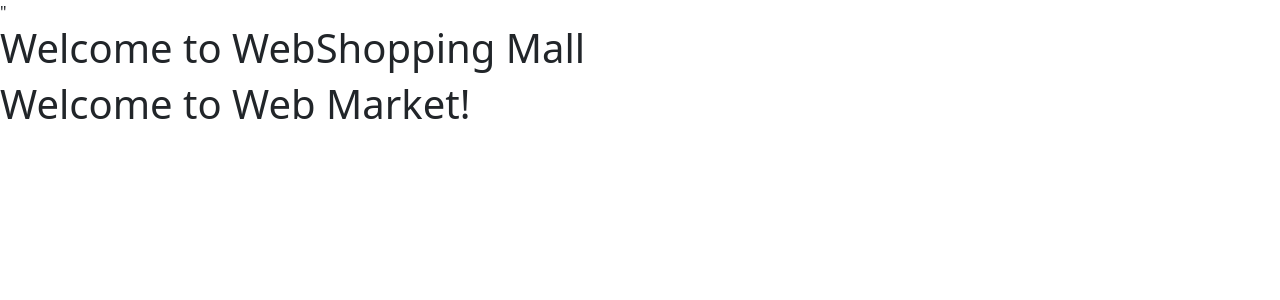
Repository: ckd0523/JSPWORK
Page: http://localhost/WebMarket/Welcome.jsp
An editor plug-in stored every save of this project. The page is shown before and after the next save, followed by the edit.
The browser window is 1280 px wide. The pictures show the whole page.
The page is served by Tomcat 9. Nobody is signed in. The application's start-up code is not run. Other server files are loaded and not shown.

Above is the page before, as saved 2024-02-19 03:05:56.

### WebMarket/src/main/webapp/Welcome.jsp
<%@ page language="java" contentType="text/html; charset=EUC-KR"
    pageEncoding="EUC-KR"%>
<!DOCTYPE html>
<html>
<head>
<link rel="stylesheet" href="https://cdn.jsdelivr.net/npm/bootstrap@5.3.2/dist/css/bootstrap.min.css" integrity="sha384-T3c6CoIi6uLrA9TneNEoa7RxnatzjcDSCmG1MXxSR1GAsXEV/Dwwykc2MPK8M2HN" crossorigin="anonymous">"
<title>Insert title here</title>
</head>
<body>

	<%! String greeting = "Welcome to WebShopping Mall";
		String tagline = "Welcome to Web Market!"; %>
	<h1><%= greeting %></h1>
	<h1><%= tagline %></h1>

</body>
</html>

After the next save:
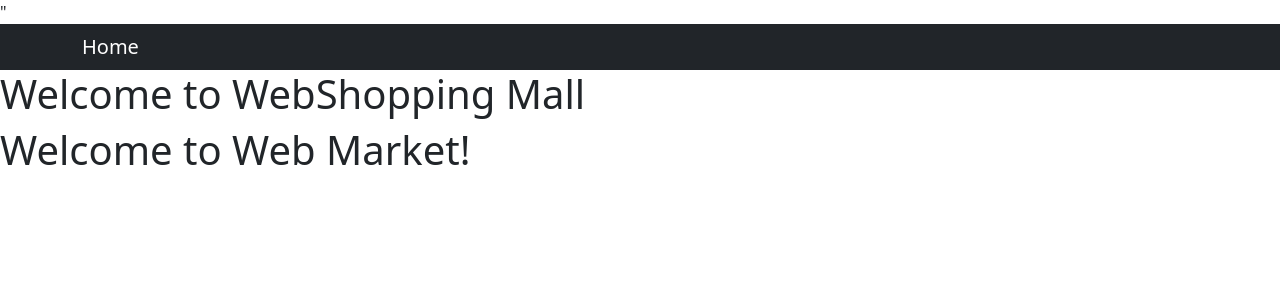
Saved 3 min 45 s later.
--- a/WebMarket/src/main/webapp/Welcome.jsp
+++ b/WebMarket/src/main/webapp/Welcome.jsp
@@ -7,6 +7,13 @@
 <title>Insert title here</title>
 </head>
 <body>
+	<nav class = "navbar navbar-expand navbar-dark bg-dark">
+	<div class = "container">
+	<div class = "navbar=header">
+	<a class = "navbar-brand" href="./welcome.jsp">Home</a>
+	</div>
+	</div>
+	</nav>
 
 	<%! String greeting = "Welcome to WebShopping Mall";
 		String tagline = "Welcome to Web Market!"; %>
